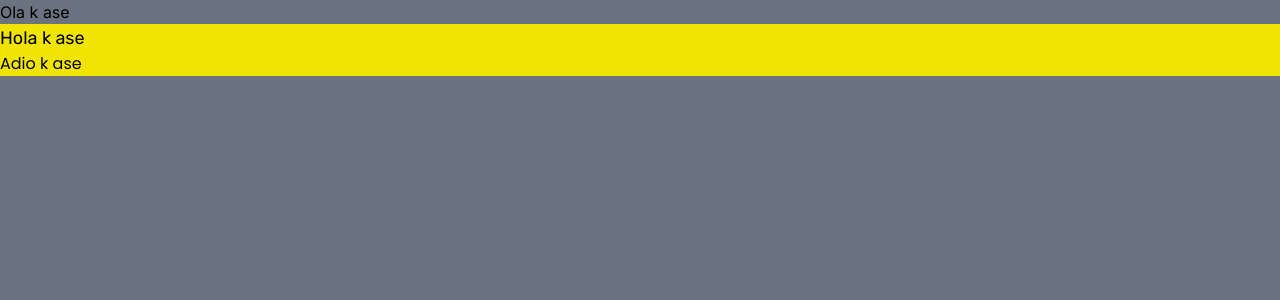
Repository: aldovelacasas/PF_RentCar2
Page: /homePage
The author's editor kept a copy of each file at every save. The page is drawn from the files as they stood at one save, then again after the next save.
The browser window is 1280 px wide. The pictures show the whole page.
The project was rebuilt for these pictures with package versions that can differ from the ones it lists, and the page was loaded fresh each time. The framework's server and built-in components were replaced by stand-ins that run in the browser. Also part of the build but not shown: next.config.js.

Above is the page before, as saved 2023-08-29 18:44:00.

### src/app/layout.jsx
import "./globals.css";
import { Inter } from "next/font/google";

const inter = Inter({ subsets: ["latin"] });

export const metadata = {
  title: "Create Next App",
  description: "Generated by create next app",
};

export default function RootLayout({ children }) {
  return (
    <html lang="en">
      <body className={inter.className}>
        <h1>Ola k ase</h1>
        <div className="h-[calc(100vh-5rem)]">{children}</div>
      </body>
    </html>
  );
}

### src/app/homePage/page.jsx
import { Rubik, Poppins } from "next/font/google";

const rubik = Rubik({
  weight: "400",
  subsets: ["latin"],
});

const poppins = Poppins({
  weight: "400",
  subsets: ["latin"],
});

function HomePage() {
  return (
    <div className={`bg-amarillo_status ${rubik.className}`}>
      <h1 className="text-lg">Hola k ase</h1>
      <div>
        <p className={`${poppins.className}`}>Adio k ase</p>
      </div>
    </div>
  );
}

export default HomePage;

### src/app/api/products/[id]/route.js
import { NextResponse } from "next/server";
import {conn} from "@/libs/mysql"

export async function GET(request,{params}){
  try {
    const result = await conn.query("SELECT * FROM product WHERE id = ?", [params.id])
    if(result.length === 0 ){
        return NextResponse.json(
         {
            message: "producto no encontrado",
         },
         {
            status:404,
         }
        );
    }
    return NextResponse.json(result[0])
  } catch (error) {
    return NextResponse.json(
        {
            message:error.message,
        },
        {status: 500}
    )
  }
}

export async function DELETE (request,{params} ){
    try {
     const result = await conn.query("DELETE FROM product WHERE id = ?", [params.id]);
     if(result.affectedRows === 0){
         return NextResponse.json({message:"Producto no encontrado"},{status:404})
     }

     return new Response (null, {status: 204})
 } catch (error) {
     return NextResponse.json({message:error.message},{status:500})
 }
    }

export async  function PUT(request, {params}){
   try {
    const data = await request.json()
    const result = await conn.query("UPDATE product SET ? WHERE id = ?", [data , params.id])

    if (result.affectedRows === 0) {
        return NextResponse.json(
        {
            message: "producto no encontrado",
        },
        {
            status: 400,
        }
        )
    }
     const updateProduct = await conn.query("SELECT * FROM product WHERE id = ?", [params.id])

  return NextResponse.json(updateProduct[0])

   } catch (error) {
    return NextResponse.json(
        {
            message: error.message,
        },
        { status: 500}
    )
   }
}

### src/app/api/products/route.js
import { NextResponse } from "next/server";
import {conn} from "@/libs/mysql";

export async function GET(){
    try {
        const results = await conn.query("SELECT * FROM product");
        return NextResponse.json(results)

    } catch (error) {
        return NextResponse.json(
        {
          message: error.message,
        },
        {
            status:500,
        }

        );
    }
}

    export async function POST (request) {
  try {
    const {name, price, year, model, capacity, type, description, image, transmission,  }= await request.json();

    const result  = await conn.query("INSERT INTO product SET ?", {
        name,
        price,
        year,
        model,
        capacity,
        type,
        transmission,
        image,
        description

    })

    return NextResponse.json({
        name,
        price,
        year,
        model,
        capacity,
        type,
        transmission,
        image,
        description,
        id: result.insertId,

    })

  } catch (error) {
    console.log(error);
    return NextResponse.json(
    {
        message: error.message,
    },
    {
        status:500,
    }
    );
  }

}

### src/app/globals.css
@tailwind base;
@tailwind components;
@tailwind utilities;

body {
   @apply bg-gray-500; /* Fondo más claro */
   color: gray-800; /* Texto oscuro */
}

### tailwind.config.js
/** @type {import('tailwindcss').Config} */
module.exports = {
  content: [
    "./src/pages/**/*.{js,ts,jsx,tsx,mdx}",
    "./src/components/**/*.{js,ts,jsx,tsx,mdx}",
    "./src/app/**/*.{js,ts,jsx,tsx,mdx}",
  ],
  theme: {
    extend: {
      backgroundImage: {
        "gradient-radial": "radial-gradient(var(--tw-gradient-stops))",
        "gradient-conic":
          "conic-gradient(from 180deg at 50% 50%, var(--tw-gradient-stops))",
      },
      colors: {
        gris_fondo: "#dbdbdb",
        gris_frente: "#e9e9e9",
        negro_fondo: "#282828",
        naranja_enf: "#ea4f39",
        rojo_status: "#e30613",
        verde_status: "#4aaf4d",
        amarillo_status: "#f0e400",
      },
    },
  },
  plugins: [],
};

Loaded but not shown: src/app/api/bookings/[id]/route.js (no copy from this time; the picture is the same without it); src/app/api/bookings/route.js (no copy from this time; the picture is the same without it); src/app/api/create-payment-intent/route.js (no copy from this time; the picture is the same without it); src/app/api/post/[id]/route.js (no copy from this time; the picture is the same without it); src/app/api/post/route.js (no copy from this time; the picture is the same without it); src/app/api/users/[id]/route.js (no copy from this time; the picture is the same without it); src/app/api/users/route.js (no copy from this time; the picture is the same without it)

After the next save:
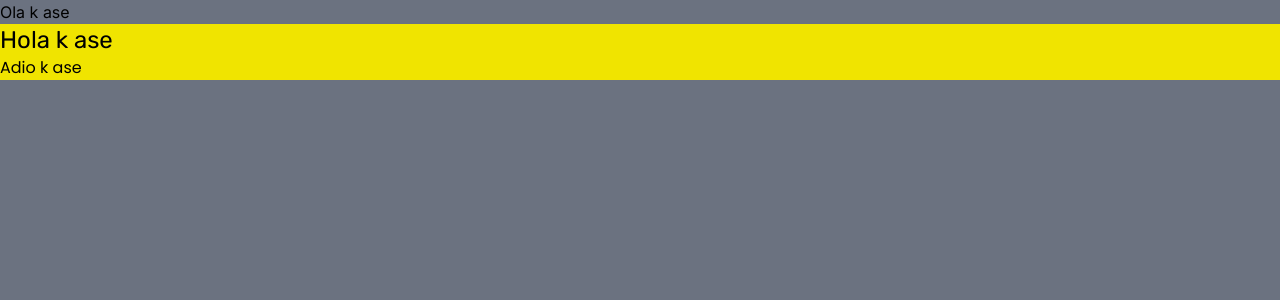
Saved 82 s later.
--- a/src/app/homePage/page.jsx
+++ b/src/app/homePage/page.jsx
@@ -13,7 +13,7 @@ const poppins = Poppins({
 function HomePage() {
   return (
     <div className={`bg-amarillo_status ${rubik.className}`}>
-      <h1 className="text-lg">Hola k ase</h1>
+      <h1 className="text-2xl">Hola k ase</h1>
       <div>
         <p className={`${poppins.className}`}>Adio k ase</p>
       </div>
